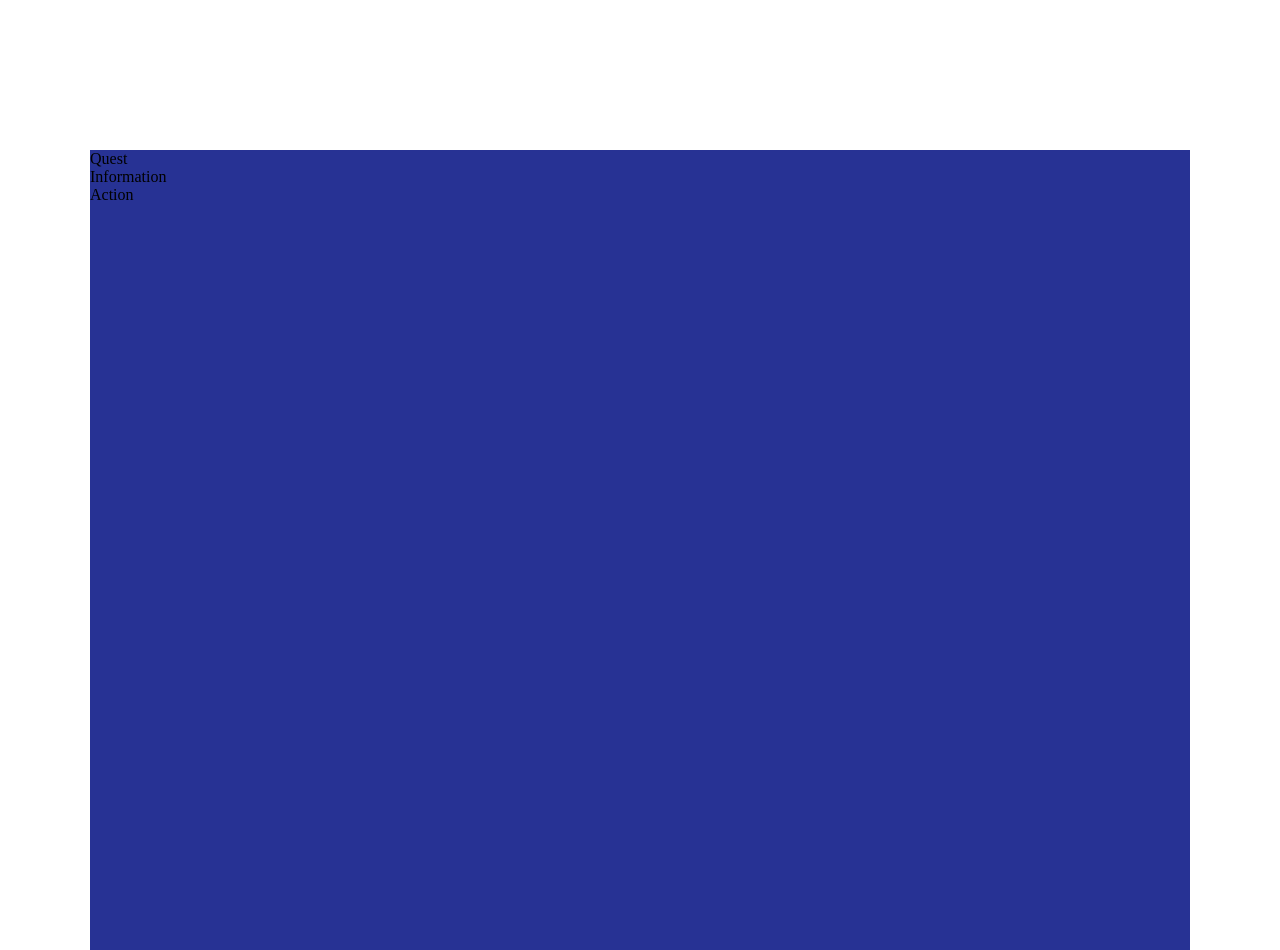
Repository: rahulnag7963/UBCHacks4.0
Page: /
An editor plug-in stored every save of this project. The page is shown before and after the next save, followed by the edit.
The browser window is 1280 px wide. The pictures show the whole page.
The project was rebuilt for these pictures with package versions that can differ from the ones it lists, and the page was loaded fresh each time.

Above is the page before, as saved 2022-11-26 02:30:26.

After the next save:
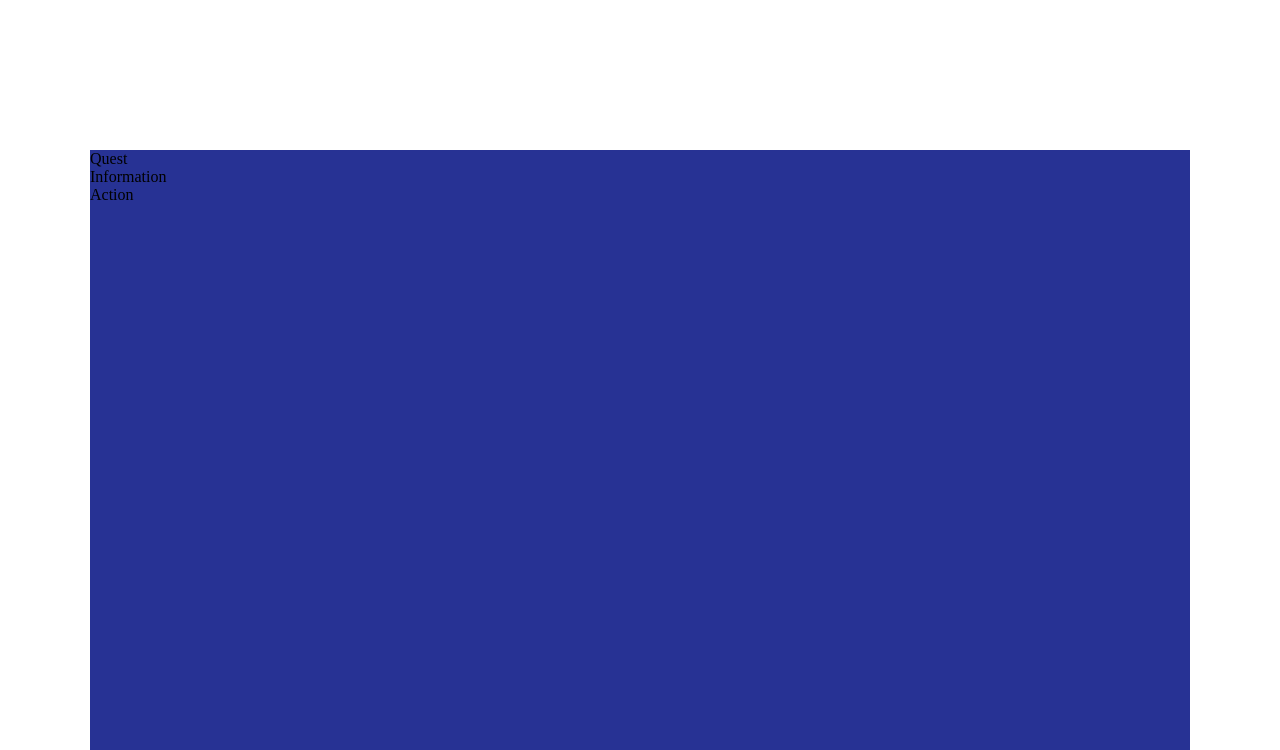
Saved 10 s later.
--- a/src/app.css
+++ b/src/app.css
@@ -1,5 +1,5 @@
 .app {
-    height: 800px;
+    height: 600px;
     width: 1100px;
     background-color: rgb(39, 50, 148);
     margin-left: auto;
